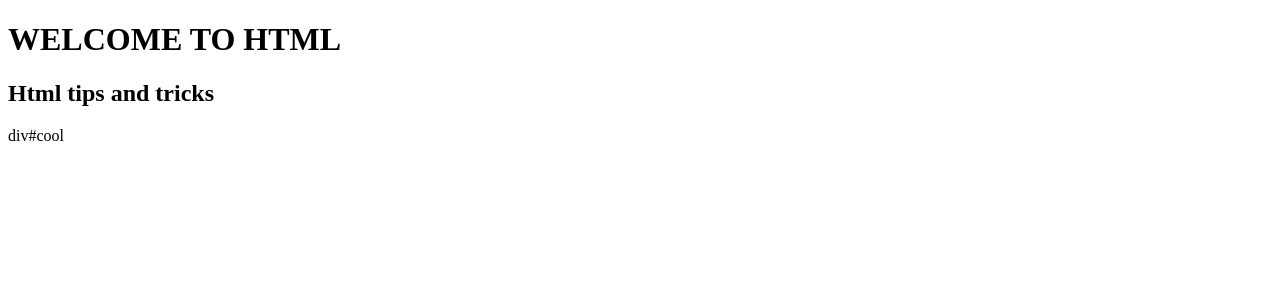
Repository: mirambialex/MYFIRSTREPOR
Page: test.html
An editor plug-in stored every save of this project. The page is shown before and after a run of saves, followed by the edit.
The browser window is 1280 px wide. The pictures show the whole page.

Above is the page before, as saved 2024-03-29 09:51:58.

### test.html
<!DOCTYPE html>
<html lang="en">
<head>
    <meta charset="UTF-8">
    <meta name="viewport" content="width=, initial-scale=1.0">
    <title>Document</title>
</head>
<body>
 <div class="alex">
    <p>
        <h1>WELCOME TO HTML</h1>
    </p>
 </div>
 <DIV class="HEADER">
    <P>
        <H2>Html tips and tricks</H2>
    </P>
 </DIV>
 div#cool
</body>
</html>

After the next 7 saves:
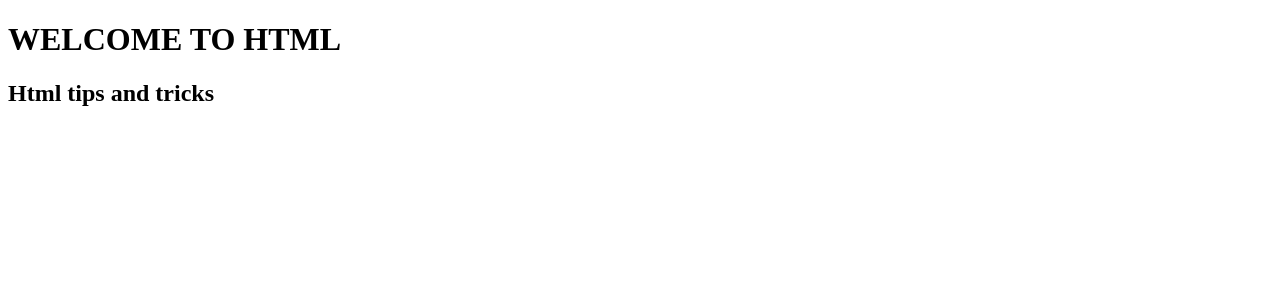
The 7 saves are shown as one change because they came seconds apart.
The last was saved 17 s later.
--- a/test.html
+++ b/test.html
@@ -16,6 +16,8 @@
         <H2>Html tips and tricks</H2>
     </P>
  </DIV>
- div#cool
+ <div class="title">
+
+ </div>
 </body>
 </html>
